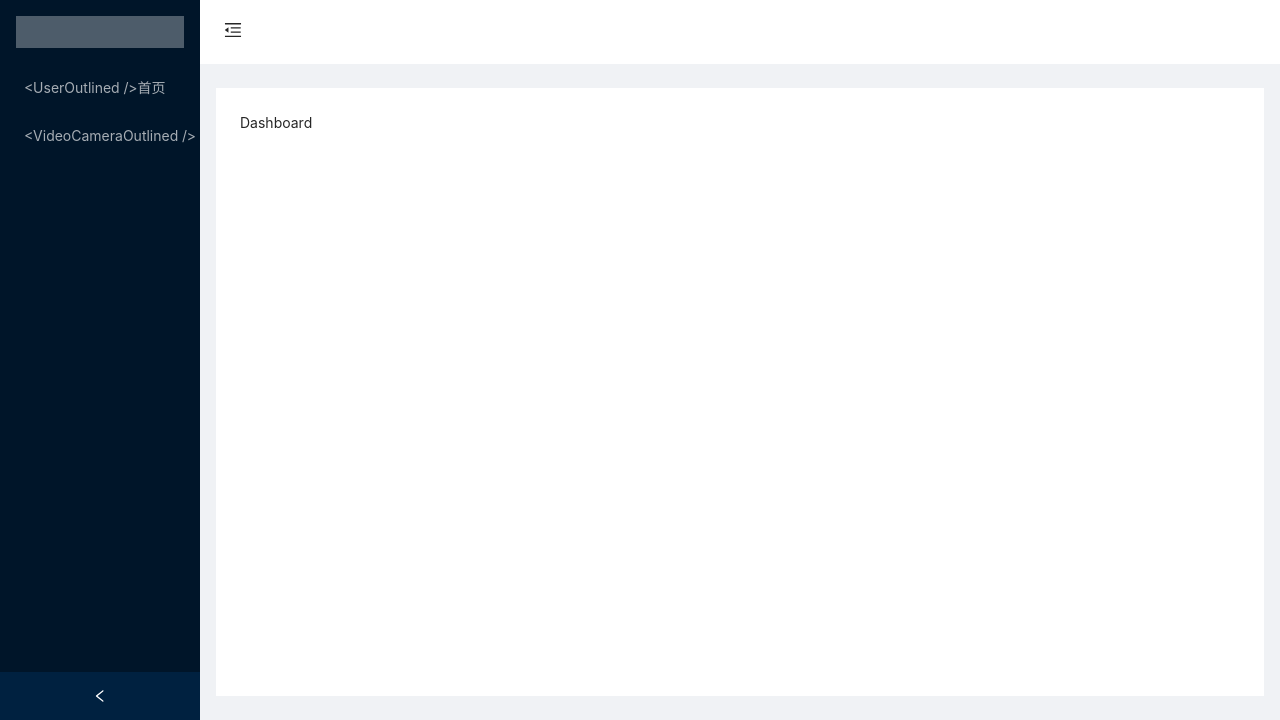
Repository: DallenCat/react-test
Page: /dashboard
The author's editor kept a copy of each file at every save. The page is drawn from the files as they stood at one save, then again after the next save.
The browser window is 1280 px wide. The pictures show the whole page.
The project was rebuilt for these pictures with package versions that can differ from the ones it lists, and the page was loaded fresh each time. Also part of the build but not shown: src/containers/personal/index.js.

Above is the page before, as saved 2021-10-28 10:03:59.

After the next save:
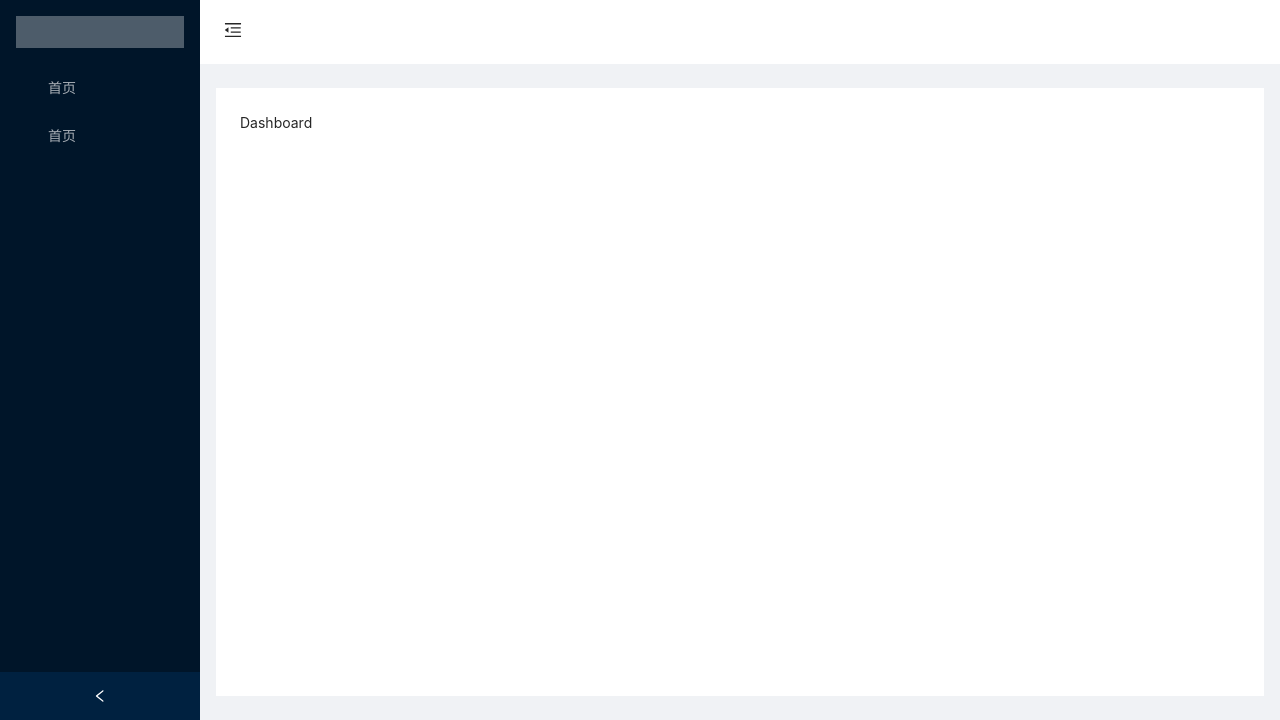
Saved 2 min 25 s later.
--- a/src/components/layout/sider/menu.js
+++ b/src/components/layout/sider/menu.js
@@ -4,7 +4,7 @@
  * @Author: dal
  * @Date: 2021-10-27 16:12:40
  * @LastEditors: dal
- * @LastEditTime: 2021-10-28 10:03:43
+ * @LastEditTime: 2021-10-28 10:06:24
  */
 import { Menu } from "antd"
 import { Component } from "react";
@@ -39,7 +39,7 @@ class MENU extends Component {
     return (
       <Menu theme="dark" mode="inline" defaultSelectedKeys={this.state.selectedKeys}>
         {this.state.routes.map(v => {
-          return (<Menu.Item key={v.key} icon={`<${v.icon} />`}>
+          return (<Menu.Item key={v.key} icon={<v.icon />}>
             <Link to={v.path}>{v.title} </Link>
           </Menu.Item>)
         })}
